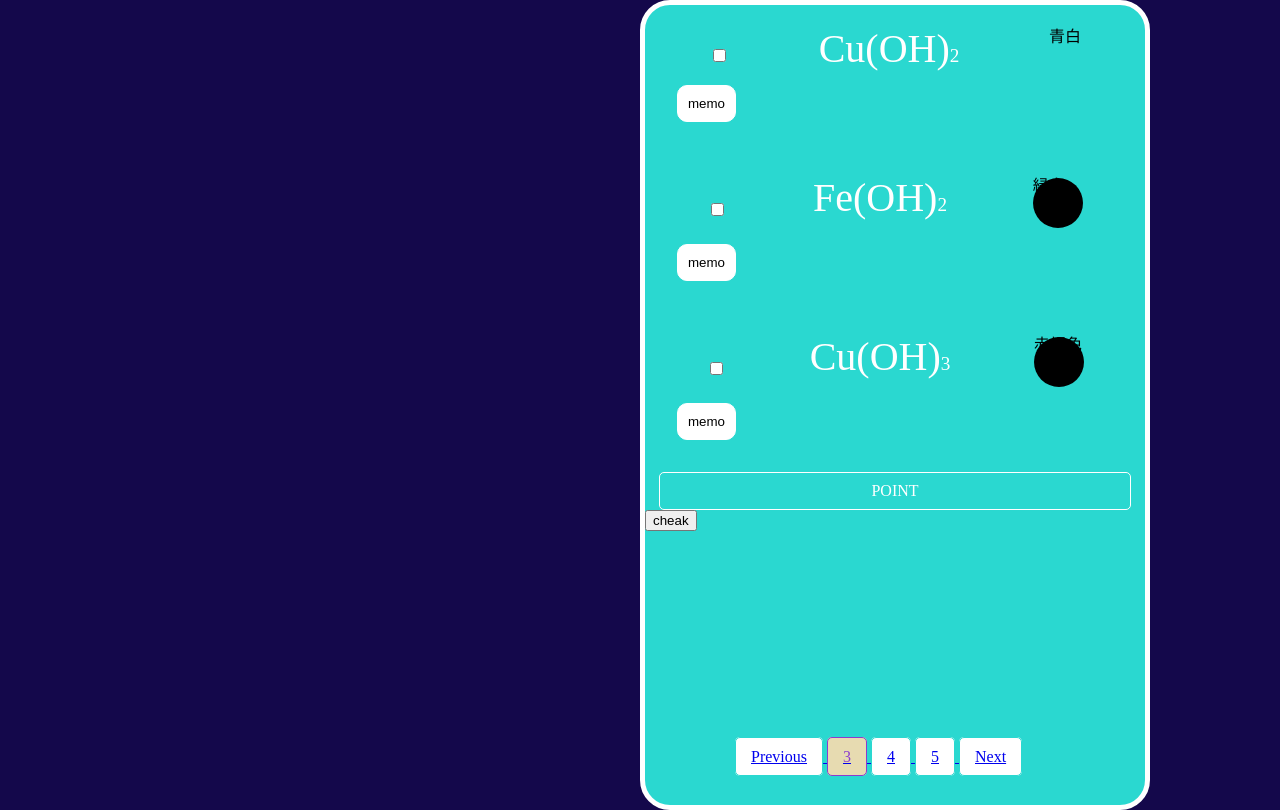
Repository: 1000sky/Inorganic_chemistry_application
Page: http://localhost/index3
An editor plug-in stored every save of this project. The page is shown before and after the next save, followed by the edit.
The browser window is 1280 px wide. The pictures show the whole page.
The page is served by the project's Laravel application, run on PHP 8.4 with Laravel 8.

Above is the page before, as saved 2022-07-16 19:47:01.

After the next save:
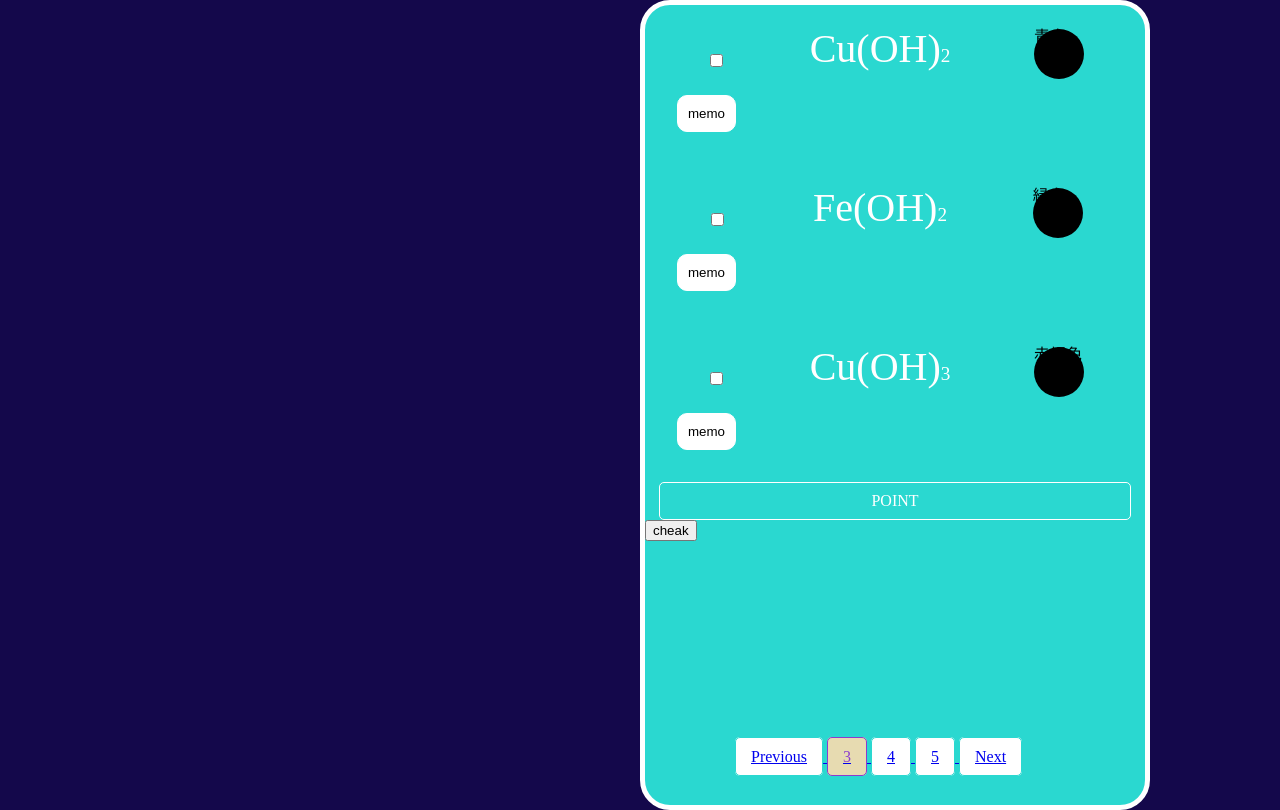
Saved 20 s later.
--- a/application/resources/views/index3.blade.php
+++ b/application/resources/views/index3.blade.php
@@ -14,7 +14,7 @@
         <div class=memorize>
           <input type="checkbox" class=checkbox name="">
           <div class=Chemical-formula>Cu(OH)<span>2</span> </div>
-          <div class=circle-Cu(OH)>青白</div>
+          <div class=circle-CuOH>青白</div>
         </div>
         <form>
           <input type="button" class=button name="" value="memo" onClick="setTF(this.form.text1,'visible')">
